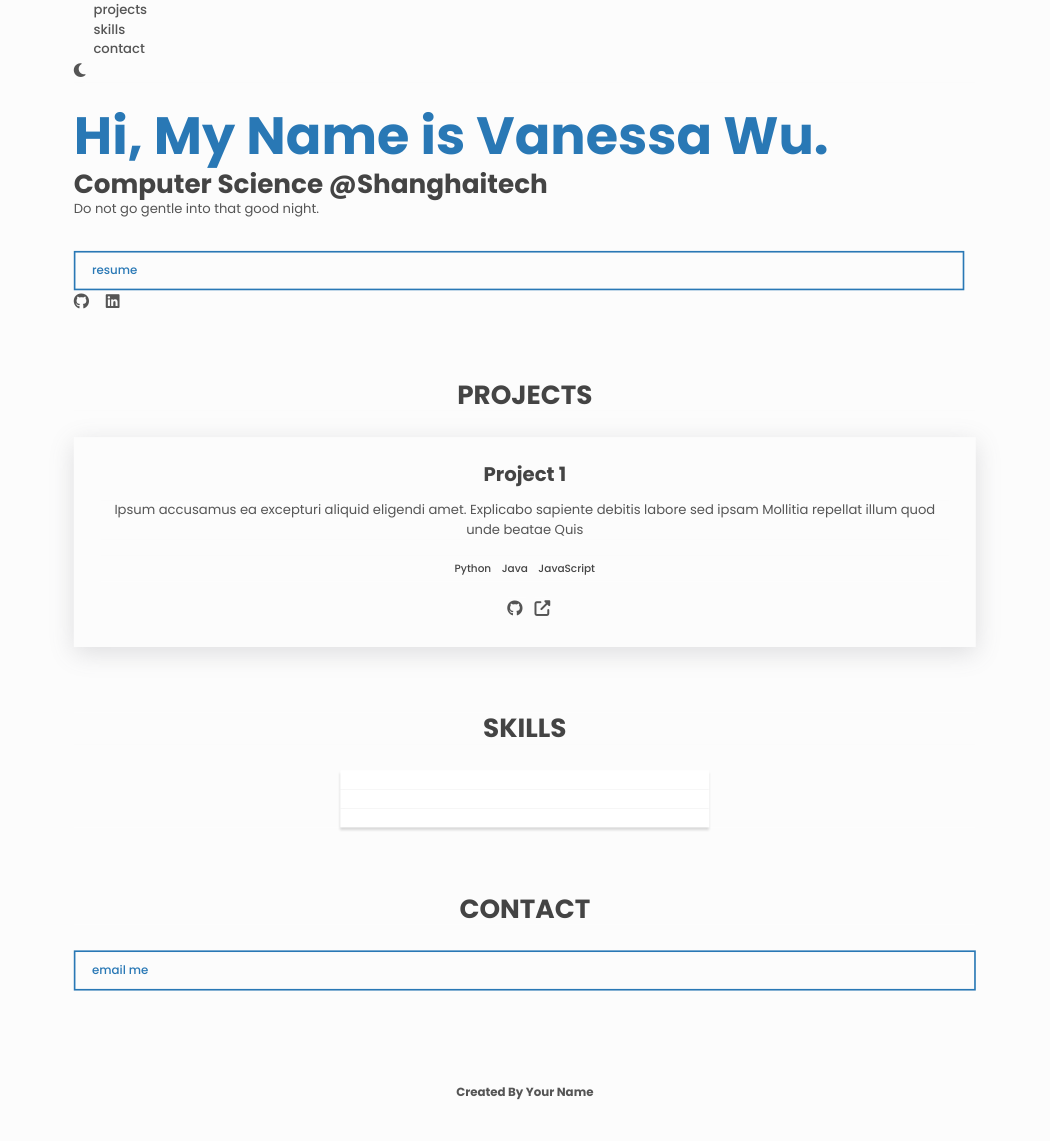
Repository: indiansummer1022/Cubstart
Page: Web Track/hw1/index.html
The author's editor kept a copy of each file at every save. The page is drawn from the files as they stood at one save, then again after the next save.
The browser window is 1280 px wide. The pictures show the whole page, at 82% of full size.
Some web libraries are served in a nearby version.

Above is the page before, as saved 2022-02-15 21:15:27.

After the next save:
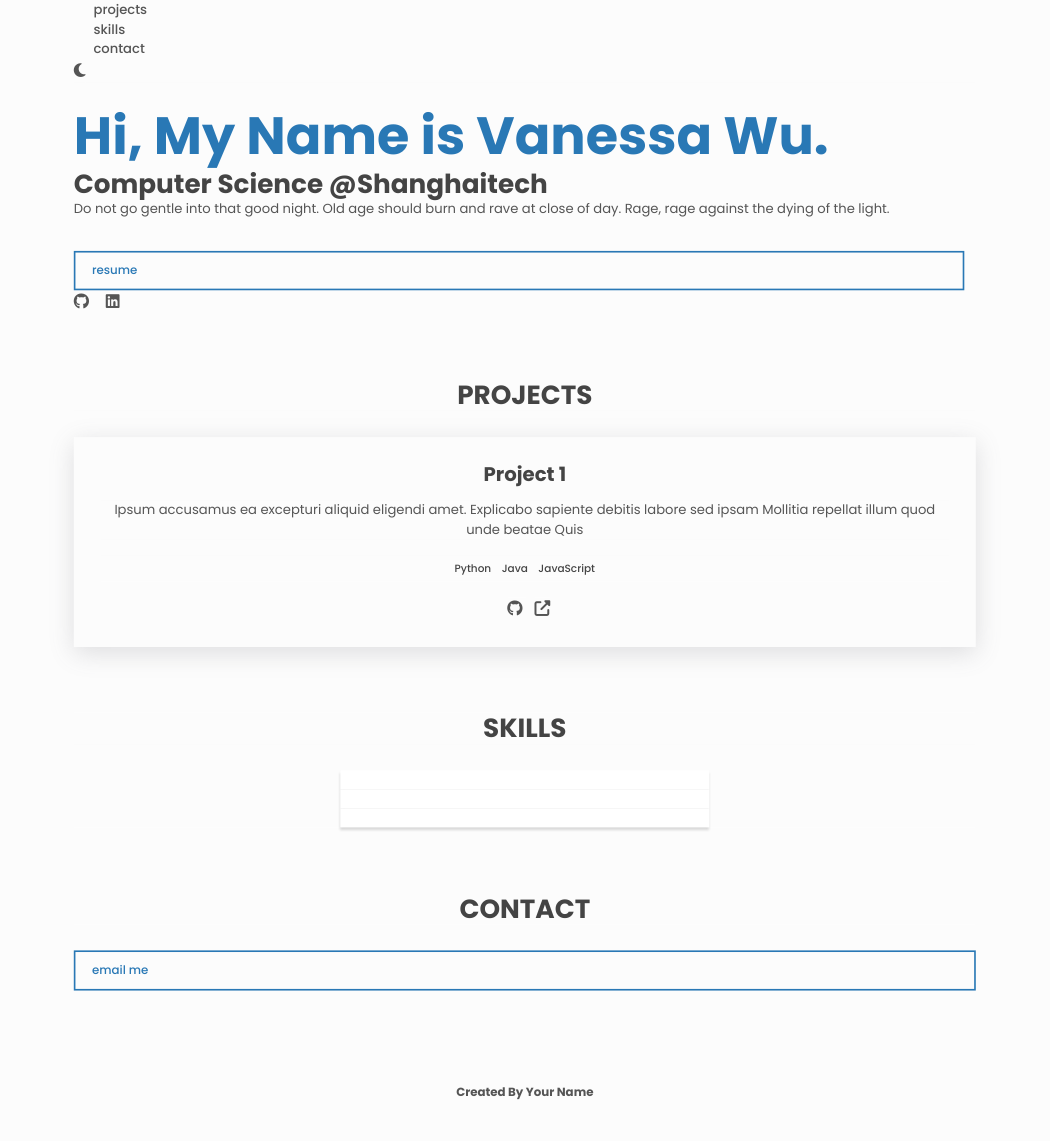
Saved 15 s later.
--- a/Web Track/hw1/index.html
+++ b/Web Track/hw1/index.html
@@ -79,6 +79,8 @@
       </h2>
       <p class="about-desc">
         Do not go gentle into that good night.
+        Old age should burn and rave at close of day.
+        Rage, rage against the dying of the light.
       </p>
       <!-- END PART 6 -->
       <div class="about__contact center">
